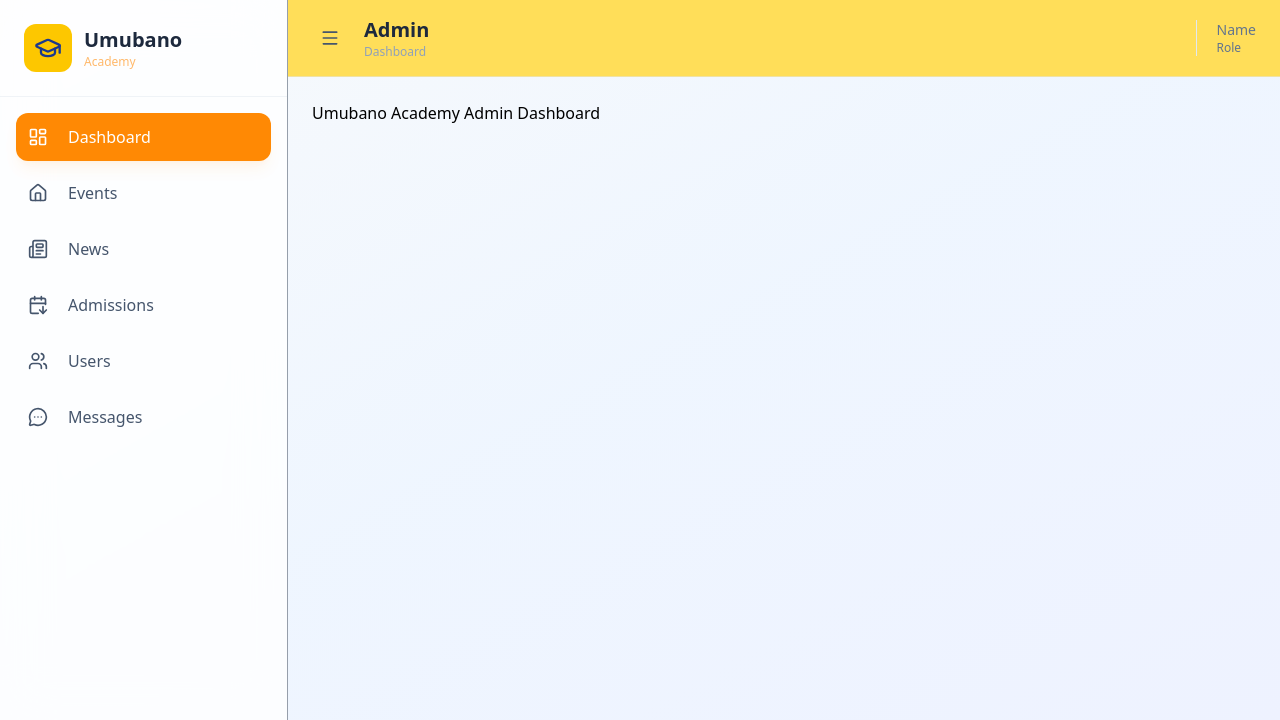
Repository: Umubano-Academy/umubano-academy-website
Page: /admin
The author's editor kept a copy of each file at every save. The page is drawn from the files as they stood at one save, then again after the next save.
The browser window is 1280 px wide. The pictures show the whole page.
The project was rebuilt for these pictures with package versions that can differ from the ones it lists, and the page was loaded fresh each time. Also part of the build but not shown: vite.config.js, src/components/guest/NavBar.jsx, src/components/guest/Hero.jsx, src/components/guest/Event.jsx, src/components/guest/News.jsx, src/components/guest/Footer.jsx, src/components/guest/Layout.jsx, src/components/guest/Contact.jsx and 6 more.

Above is the page before, as saved 2026-01-13 19:55:21.

### index.html
<!doctype html>
<html lang="en">
  <head>
    <meta charset="UTF-8" />
    <!-- <link rel="icon" type="image/svg+xml" href="/vite.svg" /> -->
    <meta name="viewport" content="width=device-width, initial-scale=1.0" />
    <title>umubano-academy</title>
  </head>
  <body>
    <div id="root"></div>
    <script type="module" src="/src/main.jsx"></script>
  </body>
</html>

### src/App.jsx
import React from 'react'
import { BrowserRouter, Route, Routes } from 'react-router-dom'
import NavBar from './components/guest/NavBar'
import Hero from './components/guest/Hero'
import Event from './components/guest/Event'
import News from './components/guest/News'
import Layout from './components/guest/Layout'
import Home from './components/guest/Home'
import Admission from './components/guest/Admission'
import Academic from './components/guest/Academic'
import About from './components/guest/About'
import LayOut from './components/admin/LayOut'
import Dashboard from './components/admin/pages/Dashboard'
import Login from './components/guest/forms/Login'
import ResetPassword from './components/guest/forms/ResetPassword'


function App() {
  return (
    <BrowserRouter>

    <Routes>
      <Route path='/' element={<Layout />}>
      <Route index element={<Home />} />
      <Route path='/admissions' element={<Admission />} />
      <Route path='/academic' element={<Academic />} />
      <Route path='/aboutus' element={<About />} />
      <Route path='/login' element={<Login />} />
      <Route path="/password-reset" element={<ResetPassword />} />
      </Route>

      <Route path='/admin' element={<LayOut />}>
      <Route index element={<Dashboard />} />
      </Route>
    </Routes>
    </BrowserRouter>

  )
}

export default App

### src/components/admin/LayOut.jsx
import React, { useEffect, useState } from 'react'
import SideBar from '../admin/sidebar/SideBar'
import Header from '../admin/Header/Header'
import { Outlet } from 'react-router-dom'

function LayOut() {

  const [sideBarCollapsed, setSideBarCollapsed] = useState(false);
  const [currentPage, setCurrentPage] = useState("dashboard");

  useEffect(() =>{
    const handlerResize = () =>{
      if(window.innerWidth <1024){
        setSideBarCollapsed(true);
      }else{
        setSideBarCollapsed(false);
      }
    };

    handlerResize();
    window.addEventListener("resize", handlerResize)
    return () => window.removeEventListener("resize", handlerResize);
  },  []);
  return (

    <div className=' min-h-screen bg-gradient-to-br from-slate-50 via-blue-50 to-indigo-50 dark:from-slate-900 dark:via-slate-800 dark:to-slate-900 transition-all duration-500 '>
       <div className=' flex h-screen overflow-hidden' >
      <SideBar
          collapsed={sideBarCollapsed}
          onToggle={() => setSideBarCollapsed(!sideBarCollapsed)}
          currentPage={currentPage}
          onPageChange={setCurrentPage}
        />

      <div className='flex-1 flex flex-col overflow-hidden'>
          <Header
            sideBarCollapsed={sideBarCollapsed}
            onToggleSidebar={() => setSideBarCollapsed(!sideBarCollapsed)}
          />
          <div className='flex-1 overflow-y-auto bg-transparent'>
            <div className='p-6 space-y-6'>
              <Outlet />
            </div>
          </div>
        </div>
    </div>
    </div>

  )
}

export default LayOut

### src/components/admin/pages/Dashboard.jsx
// import React from "react";
// import { stats, bookingGraphData } from "./dashboardData";
// import {
//   Users,
//   ShoppingBag,
//   BadgeDollarSign,
//   TrendingUp,
// } from "lucide-react";
// import {
//   LineChart,
//   Line,
//   XAxis,
//   YAxis,
//   CartesianGrid,
//   Tooltip,
//   ResponsiveContainer,
// } from "recharts";

// function Dashboard() {
//   return (
//     <div className="p-6 space-y-6">

//       <h1 className="text-2xl font-bold text-slate-800 dark:text-white">
//         Dashboard Overview
//       </h1>


//       <div className="grid grid-cols-1 md:grid-cols-3 gap-6">

//         {/* USERS CARD */}
//         <div className="p-6 bg-white/80 dark:bg-slate-900/80 rounded-2xl shadow-lg border border-slate-200/50 dark:border-slate-700/50">
//           <div className="flex items-center justify-between mb-3">
//             <Users className="w-8 h-8 text-orange-500" />
//             <span className="text-green-500 text-sm">{stats.users.growth}</span>
//           </div>
//           <h2 className="text-3xl font-bold dark:text-white">
//             {stats.users.thisYear}
//           </h2>
//           <p className="text-slate-500 dark:text-slate-300 text-sm mt-1">
//             Users This Year
//           </p>
//         </div>

//         {/* BOOKINGS CARD */}
//         <div className="p-6 bg-white/80 dark:bg-slate-900/80 rounded-2xl shadow-lg border border-slate-200/50 dark:border-slate-700/50">
//           <div className="flex items-center justify-between mb-3">
//             <ShoppingBag className="w-8 h-8 text-orange-500" />
//             <span className="text-green-500 text-sm">+12%</span>
//           </div>
//           <h2 className="text-3xl font-bold dark:text-white">
//             {stats.bookings.total}
//           </h2>
//           <p className="text-slate-500 dark:text-slate-300 text-sm mt-1">
//             Total Bookings
//           </p>
//         </div>

//         {/* REVENUE CARD */}
//         <div className="p-6 bg-white/80 dark:bg-slate-900/80 rounded-2xl shadow-lg border border-slate-200/50 dark:border-slate-700/50">
//           <div className="flex items-center justify-between mb-3">
//             <BadgeDollarSign className="w-8 h-8 text-orange-500" />
//             <span className="text-green-500 text-sm">{stats.revenue.growth}</span>
//           </div>
//           <h2 className="text-3xl font-bold dark:text-white">
//             {stats.revenue.thisMonth.toLocaleString()} RWF
//           </h2>
//           <p className="text-slate-500 dark:text-slate-300 text-sm mt-1">
//             Revenue This Month
//           </p>
//         </div>
//       </div>

//       {/* BOTTOM 3 SUMMARY CARDS */}
//       <div className="grid grid-cols-1 md:grid-cols-3 gap-6">

//         {/* USER BREAKDOWN */}
//         <div className="p-6 bg-white/80 dark:bg-slate-900/80 rounded-xl border border-slate-200/50 dark:border-slate-700/50">
//           <h3 className="font-semibold dark:text-white mb-3">User Summary</h3>
//           <ul className="space-y-1 text-sm text-slate-600 dark:text-slate-300">
//             <li>Today: {stats.users.today}</li>
//             <li>Yesterday: {stats.users.yesterday}</li>
//             <li>Last Week: {stats.users.lastWeek}</li>
//             <li>Last Year: {stats.users.lastYear}</li>
//           </ul>
//         </div>

//         {/* BOOKING BREAKDOWN */}
//         <div className="p-6 bg-white/80 dark:bg-slate-900/80 rounded-xl border border-slate-200/50 dark:border-slate-700/50">
//           <h3 className="font-semibold dark:text-white mb-3">Booking Summary</h3>
//           <ul className="space-y-1 text-sm text-slate-600 dark:text-slate-300">
//             <li>Today: {stats.bookings.today}</li>
//             <li>Pending: {stats.bookings.pending}</li>
//             <li>Completed: {stats.bookings.completed}</li>
//             <li>Cancelled: {stats.bookings.cancelled}</li>
//           </ul>
//         </div>

//         {/* REVENUE BREAKDOWN */}
//         <div className="p-6 bg-white/80 dark:bg-slate-900/80 rounded-xl border border-slate-200/50 dark:border-slate-700/50">
//           <h3 className="font-semibold dark:text-white mb-3">Revenue Summary</h3>
//           <ul className="space-y-1 text-sm text-slate-600 dark:text-slate-300">
//             <li>Total Revenue: {stats.revenue.total.toLocaleString()} RWF</li>
//             <li>This Month: {stats.revenue.thisMonth.toLocaleString()} RWF</li>
//             <li>Pending: {stats.revenue.pending.toLocaleString()} RWF</li>
//             <li>Last Month: {stats.revenue.lastMonth.toLocaleString()} RWF</li>
//           </ul>
//         </div>
//       </div>

//       {/* BOOKINGS CHART */}
//       <div className="p-6 bg-white/80 dark:bg-slate-900/80 border border-slate-200/50 dark:border-slate-700/50 rounded-xl shadow-md">
//         <h2 className="text-lg font-bold mb-4 dark:text-white">
//           Bookings This Week
//         </h2>

//         <ResponsiveContainer width="100%" height={300}>
//           <LineChart data={bookingGraphData}>
//             <CartesianGrid strokeDasharray="3 3" />
//             <XAxis dataKey="day" />
//             <YAxis />
//             <Tooltip />
//             <Line
//               type="monotone"
//               dataKey="bookings"
//               stroke="#f97316"
//               strokeWidth={3}
//             />
//           </LineChart>
//         </ResponsiveContainer>
//       </div>
//     </div>
//   );
// }

// export default Dashboard;




import React from 'react'

function Dashboard() {
  return (
    <div>
      Umubano Academy Admin Dashboard
    </div>
  )
}

export default Dashboard

### src/components/admin/sidebar/SideBar.jsx
import React, { useState } from "react";
import menuData from "./data/menuData";
import { Link } from "react-router-dom";
import { GraduationCap } from "lucide-react";

function SideBar({ collapsed, onToggle, currentPage, onPageChange }) {
  const [expandedItems, setExpandedItems] = useState(new Set(["dashboard"]));

  const toggleExpand = (itemId) => {
    const updated = new Set(expandedItems);
    updated.has(itemId) ? updated.delete(itemId) : updated.add(itemId);
    setExpandedItems(updated);
  };

  return (
    <div
      className={`${
        collapsed ? "w-20" : "w-72"
      } transition-all duration-300 ease-in-out bg-white/80 dark:bg-slate-900/80 backdrop-blur-xl border-r border-slate-700/50 flex flex-col relative z-10`}
    >
      {/* Header Logo */}
      <div className="p-6 border-b border-slate-200/50 dark:border-slate-700/50">
        <div className="flex items-center space-x-3">
          <div className="w-12 h-12 bg-yellow-400 text-blue-900 flex items-center justify-center rounded-xl">
            <GraduationCap size={28} />
          </div>

          {!collapsed && (
            <div>
              <h1 className="text-xl font-bold text-slate-800 dark:text-white">
                Umubano
              </h1>
              <p className="text-xs text-orange-300 dark:text-orange-400">
                Academy
              </p>
            </div>
          )}
        </div>
      </div>

      {/* Navigation Menu */}
      <nav className="flex-1 space-y-2 p-4 overflow-y-auto">
        {menuData.map((item) => (
          <div key={item.id}>
            {/* Main Menu Item */}
            <Link
              to={item.path}
              className={`w-full flex items-center justify-between p-3 rounded-xl cursor-pointer transition-all duration-200 ${
                currentPage === item.id
                  ? "bg-orange-400 text-white shadow-lg shadow-orange-200/25"
                  : "text-slate-600 dark:text-slate-300 hover:bg-slate-200 dark:hover:bg-slate-800/50"
              }`}
              onClick={() => {
                if (item.submenu) {
                  toggleExpand(item.id);
                } else {
                  onPageChange(item.id);
                }
              }}
            >
              <div className="flex items-center space-x-3">
                <item.icon className="w-5 h-5" />

                {!collapsed && (
                  <>
                    <span className="font-medium ml-2">{item.label}</span>
                    {item.count && (
                      <span className="px-2 py-1 rounded-full text-center text-xs text-slate-600 dark:text-slate-300">
                        {item.count}
                      </span>
                    )}
                  </>
                )}
              </div>

              {/* Submenu Arrow */}
              {!collapsed && item.submenu && (
                <span
                  className={`transition-transform ${
                    expandedItems.has(item.id) ? "rotate-90" : ""
                  }`}
                >
                  ▶
                </span>
              )}
            </Link>

            {/* Submenu */}
            {item.submenu && expandedItems.has(item.id) && !collapsed && (
              <div className="ml-10 mt-1 space-y-1 transition-all duration-300">
                {item.submenu.map((sub) => (
                  <Link
                    key={sub.id}
                    to={sub.path}
                    onClick={() => onPageChange(sub.id)}
                    className={`block p-2 rounded-lg text-sm ${
                      currentPage === sub.id
                        ? "bg-orange-300 text-white"
                        : "text-slate-500 dark:text-slate-400 hover:bg-slate-200 dark:hover:bg-slate-800/50"
                    }`}
                  >
                    {sub.label}
                  </Link>
                ))}
              </div>
            )}
          </div>
        ))}
      </nav>
    </div>
  );
}

export default SideBar;

### src/components/admin/Header/Header.jsx
import React, { useState, useEffect, useRef, useContext } from "react";
import { Menu, Sun, Bell, LogOut, User, Cog } from "lucide-react";

function Header({ sideBarCollapsed, onToggleSidebar }) {
  const [openDropdown, setOpenDropdown] = useState(null);
  const dropdownRef = useRef();
  const [userInfo, setUserInfo] = useState(null);
  const [currentUser,, setCurrentUser] = useState(null);
  const fetchCurrentUser = async () => {};

  useEffect(() => {
    if (!userInfo) fetchCurrentUser();
  }, []);

  // Close dropdown when clicking outside
  useEffect(() => {
    function handleClickOutside(e) {
      if (dropdownRef.current && !dropdownRef.current.contains(e.target)) {
        setOpenDropdown(null);
      }
    }
    document.addEventListener("mousedown", handleClickOutside);
    return () => document.removeEventListener("mousedown", handleClickOutside);
  }, []);

  return (
    <div className="bg-[#FFDE59] backdrop-blur-xl border-b border-slate-200/50 dark:border-slate-700/50 px-6 py-4 relative z-40">
      <div className="flex items-center justify-between">
        {/* Left Section */}
        <div className="flex items-center space-x-4">
          <button
            className="p-2 rounded-lg text-slate-600 dark:text-slate-300 hover:bg-slate-200 dark:hover:bg-slate-700 transition-colors"
            onClick={onToggleSidebar}
          >
            <Menu className="w-5 h-5" />
          </button>
          <div className="hidden md:block">
            <p className="text-xl font-black text-slate-800 dark:text-white">
              Admin
            </p>
            <p className="text-xs font-medium text-slate-400 dark:text-slate-400">
              Dashboard
            </p>
          </div>
        </div>

        {/* Right Section */}
        <div className="flex items-center space-x-3" ref={dropdownRef}>
          {/* <button className="p-2.5 rounded-xl text-slate-600 dark:text-slate-300 hover:bg-slate-100 dark:hover:bg-slate-800 transition-colors">
            <Sun className="w-5 h-5" />
          </button> */}

          {/* User Menu */}
          <div className="relative">
            <button
              onClick={() =>
                setOpenDropdown(openDropdown === "user" ? null : "user")
              }
              className="flex items-center pl-3 border-l border-slate-200 dark:border-slate-700"
            >
              {/* Small screen: show only user icon */}
              <User className="w-5 h-5 text-slate-600 dark:text-slate-300 md:hidden" />

              {/* Medium+ screen: show name + role */}
              <div className="hidden md:flex flex-col ml-2 text-left">
                <p className="text-sm font-medium text-slate-500 dark:text-slate-400">
                  {userInfo?.first_name || "Name"}
                </p>
                <p className="text-xs text-slate-500 dark:text-slate-400">
                  {userInfo?.roles || "Role"}
                </p>
              </div>
            </button>

            {openDropdown === "user" && (
              <div className="absolute right-0 mt-2 w-48 bg-white dark:text-slate-300 dark:bg-slate-800 shadow-xl rounded-xl overflow-hidden z-[300]">
                <button
                  onClick={() => handleNavigate("/marchant/myprofile")}
                  className="flex items-center space-x-2 w-full px-4 py-2 hover:bg-slate-100 dark:hover:bg-slate-700"
                >
                  <User className="w-4 h-4" /> <span>Profile</span>
                </button>
                <button
                  onClick={() => handleNavigate("/marchant/update-profile")}
                  className="flex items-center space-x-2 w-full px-4 py-2 hover:bg-slate-100 dark:hover:bg-slate-700"
                >
                  <Cog className="w-4 h-4" /> <span>Settings</span>
                </button>
                <button
                  // onClick={() => {
                  //   logout();
                  //   setOpenDropdown(null);
                  //   navigate("/login", { replace: true });
                  // }}
                  className="flex items-center space-x-2 w-full px-4 py-2 text-red-600 hover:bg-red-100 dark:hover:bg-red-800/30"
                >
                  <LogOut className="w-4 h-4" /> <span>Logout</span>
                </button>
              </div>
            )}
          </div>
        </div>
      </div>
    </div>
  )
}

export default Header

### src/components/admin/sidebar/data/menuData.js
import {
  House,

  Users,
  CalendarArrowDown,
  LayoutDashboard,
  MessageCircleMore,
  Newspaper,
} from "lucide-react";

const menuData = [
  {
    id: "dashboard",
    title: "dashboard",
    label: "Dashboard",
    path: "/admin",
    icon: LayoutDashboard,
  },
  {
    id: "events",
    title: "eventss",
    label: "Events",
    path: "/admin/eventss",
    icon: House,
  },
  {
    id: "news",
    title: "news",
    label: "News",
    path: "/admin/news",
    icon: Newspaper,
  },
  {
    id: "admission",
    title: "admission",
    label: "Admissions",
    path: "/admin/admission",
    icon: CalendarArrowDown,
  },

  {
    id: "users",
    title: "users",
    label: "Users",
    path: "/admin/users",
    icon: Users,
  },
  {
    id: "messages",
    title: "messagess",
    label: "Messages",
    path: "/admin/messages",
    icon: MessageCircleMore,
  },
];


export default menuData;

Loaded but not shown: src/main.jsx (common file); src/index.css (common file)

After the next save:
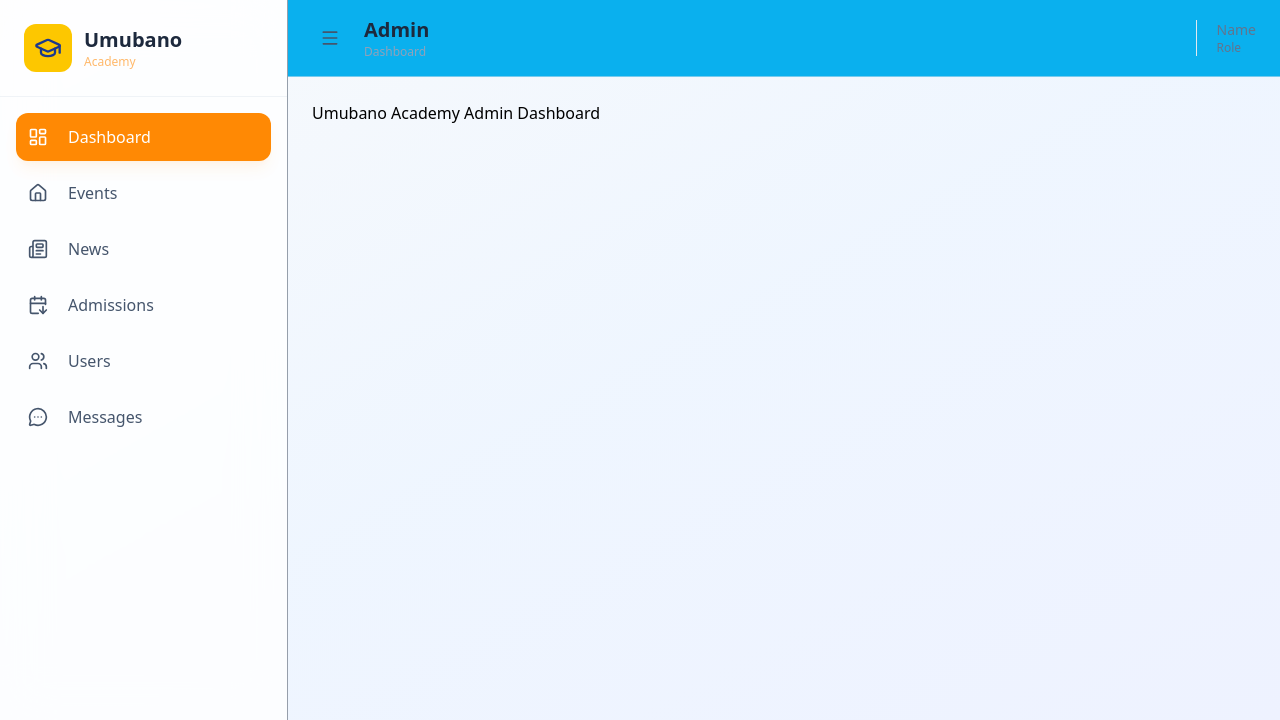
Saved 24 s later.
--- a/src/components/admin/Header/Header.jsx
+++ b/src/components/admin/Header/Header.jsx
@@ -24,7 +24,7 @@ function Header({ sideBarCollapsed, onToggleSidebar }) {
   }, []);
 
   return (
-    <div className="bg-[#FFDE59] backdrop-blur-xl border-b border-slate-200/50 dark:border-slate-700/50 px-6 py-4 relative z-40">
+    <div className="bg-[#0AB0EE] backdrop-blur-xl border-b border-slate-200/50 dark:border-slate-700/50 px-6 py-4 relative z-40">
       <div className="flex items-center justify-between">
         {/* Left Section */}
         <div className="flex items-center space-x-4">
